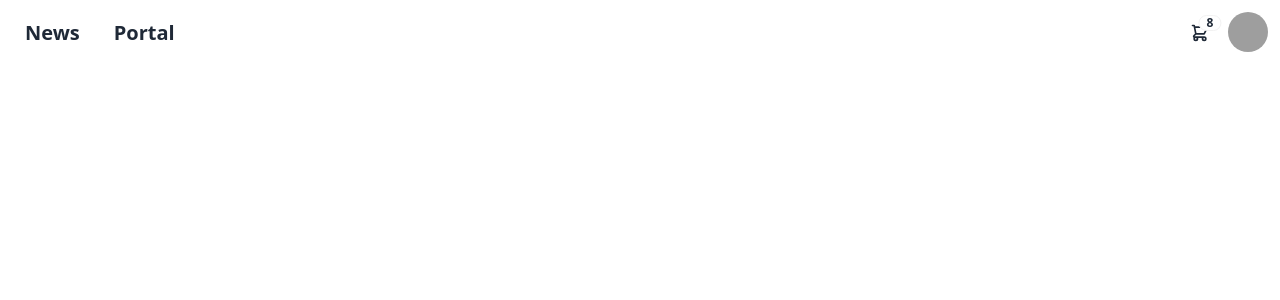
Repository: RudrasahaDibos/news-portal
Page: index.html
The author's editor kept a copy of each file at every save. The page is drawn from the files as they stood at one save, then again after the next save.
The browser window is 1280 px wide. The pictures show the whole page.
Pictures or frames that could not be fetched are drawn as grey boxes. Some web libraries are served in a nearby version.

Above is the page before, as saved 2024-11-23 14:55:04.

### index.html
<!DOCTYPE html>
<html lang="en">
<head>
    <meta charset="UTF-8">
    <meta name="viewport" content="width=device-width, initial-scale=1.0">
    <title>news_portals</title>
    <!-- tailwinds  -->
    <link href="https://cdn.jsdelivr.net/npm/daisyui@4.12.14/dist/full.min.css" rel="stylesheet" type="text/css" />
    <script src="https://cdn.tailwindcss.com"></script>

</head>
<body class="container mx-auto ">
    <!-- header starts here -->
        <header>
                   <!-- navbar start here -->
                   <div class="navbar bg-base-100">
                    <div class="flex-1">
                      <a class="btn btn-ghost text-xl">News</a>
                      <a class="btn btn-ghost text-xl">Portal</a>
                    </div>
                    <div class="flex-none">
                      <div class="dropdown dropdown-end">
                        <div tabindex="0" role="button" class="btn btn-ghost btn-circle">
                          <div class="indicator">
                            <svg
                              xmlns="http://www.w3.org/2000/svg"
                              class="h-5 w-5"
                              fill="none"
                              viewBox="0 0 24 24"
                              stroke="currentColor">
                              <path
                                stroke-linecap="round"
                                stroke-linejoin="round"
                                stroke-width="2"
                                d="M3 3h2l.4 2M7 13h10l4-8H5.4M7 13L5.4 5M7 13l-2.293 2.293c-.63.63-.184 1.707.707 1.707H17m0 0a2 2 0 100 4 2 2 0 000-4zm-8 2a2 2 0 11-4 0 2 2 0 014 0z" />
                            </svg>
                            <span class="badge badge-sm indicator-item">8</span>
                          </div>
                        </div>
                        <div
                          tabindex="0"
                          class="card card-compact dropdown-content bg-base-100 z-[1] mt-3 w-52 shadow">
                          <div class="card-body">
                            <span class="text-lg font-bold">8 Items</span>
                            <span class="text-info">Subtotal: $999</span>
                            <div class="card-actions">
                              <button class="btn btn-primary btn-block">View cart</button>
                            </div>
                          </div>
                        </div>
                      </div>
                      <div class="dropdown dropdown-end">
                        <div tabindex="0" role="button" class="btn btn-ghost btn-circle avatar">
                          <div class="w-10 rounded-full">
                            <img
                              alt="Tailwind CSS Navbar component"
                              src="https://img.daisyui.com/images/stock/photo-1534528741775-53994a69daeb.webp" />
                          </div>
                        </div>
                        <ul
                          tabindex="0"
                          class="menu menu-sm dropdown-content bg-base-100 rounded-box z-[1] mt-3 w-52 p-2 shadow">
                          <li>
                            <a class="justify-between">
                              Profile
                              <span class="badge">New</span>
                            </a>
                          </li>
                          <li><a>Settings</a></li>
                          <li><a>Logout</a></li>
                        </ul>
                      </div>
                    </div>
                  </div>

                   <!-- navbar end here -->
        </header>
        <!-- header end here -->

        <!-- main is start here -->
         <main>

         </main>
         <!-- main is end here -->
</body>
</html>

After the next save:
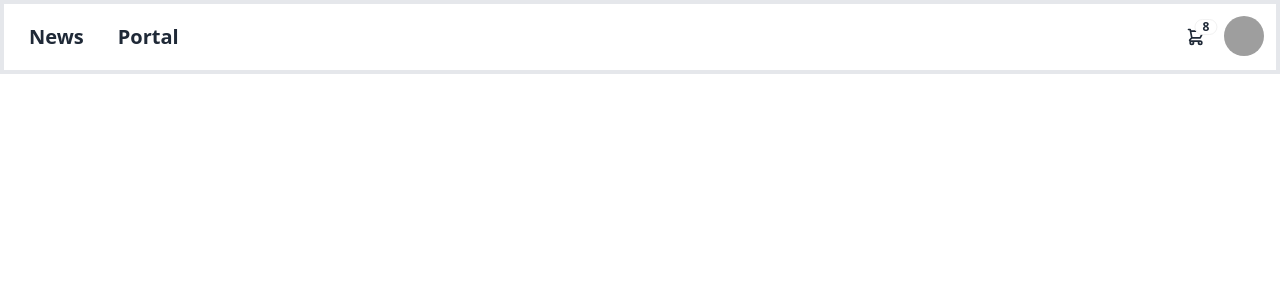
Saved 21 s later.
--- a/index.html
+++ b/index.html
@@ -13,7 +13,7 @@
     <!-- header starts here -->
         <header>
                    <!-- navbar start here -->
-                   <div class="navbar bg-base-100">
+                   <div class="navbar bg-base-100 border-4">
                     <div class="flex-1">
                       <a class="btn btn-ghost text-xl">News</a>
                       <a class="btn btn-ghost text-xl">Portal</a>
